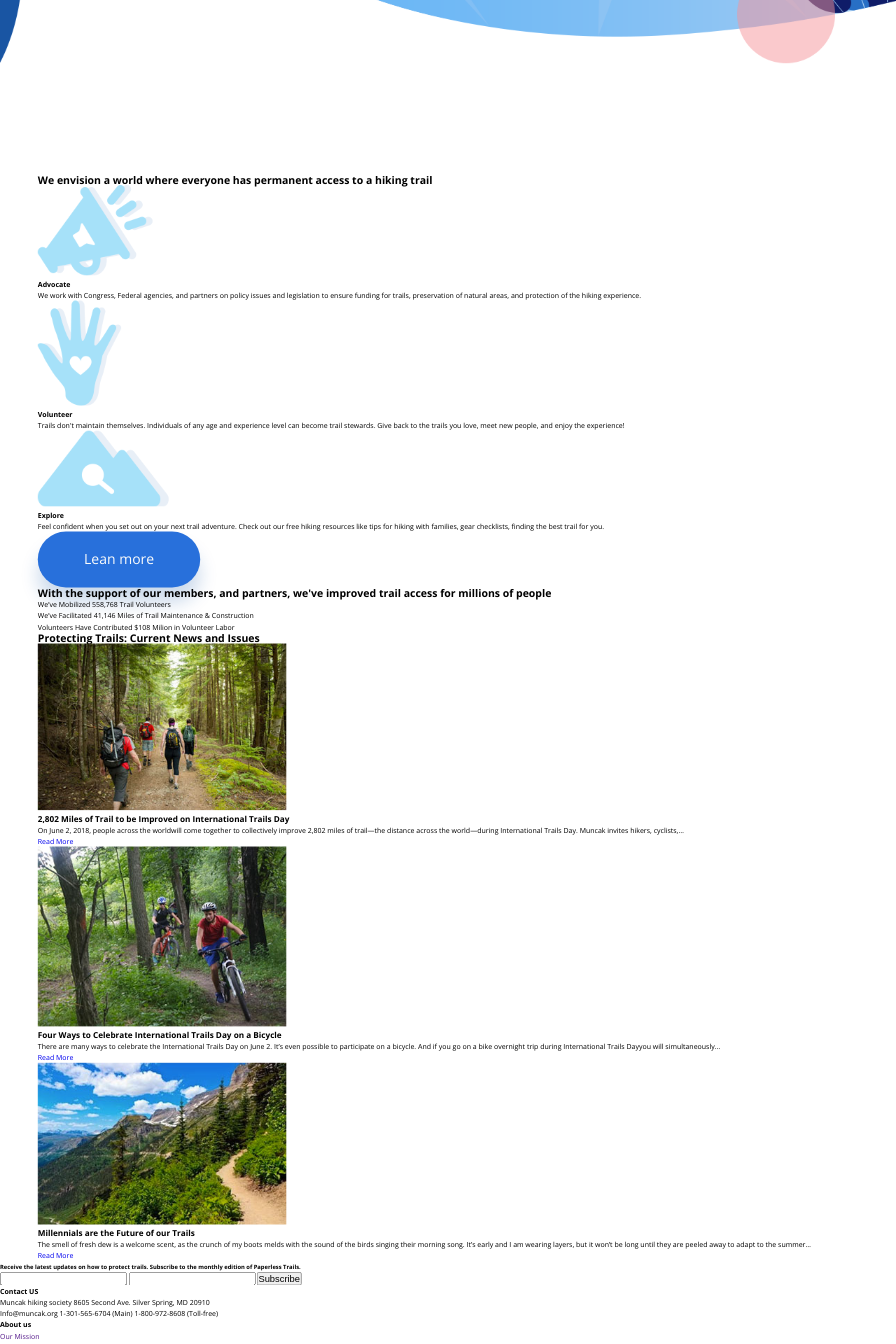
Repository: huubinh98/Project
Page: muncak/index.html
The author's editor kept a copy of each file at every save. The page is drawn from the files as they stood at one save, then again after the next save.
The browser window is 1280 px wide. The pictures show the part of the page from y = 936 to 2856 px (the page is 3211 px tall before and 3513 px after), at 70% of full size.

Above is the page before, as saved 2021-08-28 17:18:36.

### muncak/index.html
<!DOCTYPE html>
<html lang="en">

<head>
    <meta charset="UTF-8">
    <meta http-equiv="X-UA-Compatible" content="IE=edge">
    <meta name="viewport" content="width=device-width, initial-scale=1.0">
    <link rel="stylesheet" href="./style.css">
    <link rel="preconnect" href="https://fonts.googleapis.com">
    <link rel="preconnect" href="https://fonts.gstatic.com" crossorigin>
    <link href="https://fonts.googleapis.com/css2?family=Open+Sans:wght@300;400;600;700&display=swap" rel="stylesheet">
    <title>Muncak</title>
</head>

<body>
    <header class="header">
        <div class="container header-nav">
            <h1 class="logo"><a href="" class="logo-link"><img src="./image/Muncak.png" alt="" class="logo-img"></a>
            </h1>
            <ul class="nav-list">
                <li class="nav-item">
                    <a href="" class="nav-item-link">Home</a>
                </li>
                <li class="nav-item">
                    <a href="" class="nav-item-link">Go Hiking</a>
                </li>
                <li class="nav-item">
                    <a href="" class="nav-item-link">About</a>
                </li>
                <li class="nav-item">
                    <a href="" class="nav-item-link nav-highlight">Login</a>
                </li>
            </ul>
        </div>
        <div class="container-small">
            <h1 class="heading-banner">Lets get the top of Moutain</h1>
            <p class="heading-desc">Here is the hiking information you need to decide
                if it is right for you, and to make it more interesting,
                enjoyable, and safe.</p>
            <a href="#" class="btn c"> Get Started</a>
        </div>
    </header>
    <section class="about">
        <div class="container-small">
            <h2 class="heading-name">We envision a world where everyone
                has permanent access to a hiking trail</h2>
            <div class="about-item">
                <img src="./image/loa.png" alt="loa" class="about-img">
                <div class="about-content">
                    <h4 class="about-content-heading">Advocate</h4>
                    <p class="about-content-desc">We work with Congress, Federal agencies, and partners on policy issues
                        and legislation to ensure funding for trails, preservation of natural areas, and protection of
                        the hiking experience.</p>
                </div>
            </div>
            <div class="about-item">
                <img src="./image/bantay.png" alt="loa" class="about-img">
                <div class="about-content">
                    <h4 class="about-content-heading">Volunteer </h4>
                    <p class="about-content-desc">Trails don't maintain themselves. Individuals of any age and
                        experience level can become trail stewards. Give back to the trails you love, meet new people,
                        and enjoy the experience!</p>
                </div>
            </div>
            <div class="about-item">
                <img src="./image/nui.png" alt="loa" class="about-img">
                <div class="about-content">
                    <h4 class="about-content-heading">Explore</h4>
                    <p class="about-content-desc">Feel confident when you set out on your next trail adventure. Check
                        out our free hiking resources like tips for hiking with families, gear checklists, finding the
                        best trail for you.</p>
                </div>
            </div>
            <a href="" class="btn">Lean more</a>
        </div>
        <div class="container-small">
            <h2 class="heading-name">With the support of our members, and partners, we've improved trail access for millions of people</h2>
            <div class="customer-content">
                <p class="customer-text">We’ve Mobilized <span>558,768</span> Trail Volunteers</p>
                <p class="customer-text">We’ve Facilitated <span>41,146</span>
                    Miles of Trail Maintenance & Construction</p>
                <p class="customer-text">Volunteers Have Contributed <span>$108 Milion</span> in Volunteer Labor</p>
            </div>
        </div>
    </section>

    <!-- -----------new--------------- -->
    <section class="new">
        <div class="container-small">
            <h2 class="heading-name">Protecting Trails: Current News and Issues</h2>
            <div class="new-content">
                <div class="new-item">
                    <a href="#" class="new-item-link">
                        <img src="./image/pic1.jpg" alt="pic1" class="new-item-img">
                    </a>
                    <div class="new-item-text">
                        <h3 class="new-item-name">2,802 Miles of Trail to be Improved on International Trails Day</h3>
                        <p class="new-item-desc">On June 2, 2018, people across the worldwill come together to
                            collectively improve 2,802 miles of trail—the distance across the world—during International
                            Trails Day. Muncak invites hikers, cyclists,…</p>
                        <a href="#" class="new-item-link">Read More</a>
                    </div>
                </div>
                <div class="new-item">
                    <a href="#" class="new-item-link">
                        <img src="./image/pic2.jpg" alt="pic1" class="new-item-img">
                    </a>
                    <div class="new-item-text">
                        <h3 class="new-item-name">Four Ways to Celebrate International Trails Day on a Bicycle</h3>
                        <p class="new-item-desc">There are many ways to celebrate the International Trails Day on June 2. It’s even possible to participate on a bicycle. And if you go on a bike overnight trip during International Trails Dayyou will simultaneously…</p>
                        <a href="#" class="new-item-link">Read More</a>
                    </div>
                </div>
                <div class="new-item">
                    <a href="#" class="new-item-link">
                        <img src="./image/pic3.jpg" alt="pic1" class="new-item-img">
                    </a>
                    <div class="new-item-text">
                        <h3 class="new-item-name">Millennials are the Future of our Trails</h3>
                        <p class="new-item-desc">The smell of fresh dew is a welcome scent, as the crunch of my boots melds with the sound of the birds singing their morning song. It’s early and I am wearing layers, but it won’t be long until they are peeled away to adapt to the summer…</p>
                        <a href="#" class="new-item-link">Read More</a>
                    </div>
                </div>
            </div>
        </div>
    </section>

    <div class="contact-footer">
        <div class="container">
            <h5 class="contact-heading">Receive the latest updates on how to protect trails.
                Subscribe to the monthly edition of Paperless Trails.</h5>
            <form action="">
                <input type="text" name="Name" id="" class="form-input">
                <input type="text" name="Email" id="" class="form-input">
                <button type="submit">Subscribe</button>
            </form>
        </div>
        <footer class="footer container">
            <div class="footer-info">
                <div class="footer-item">
                    <h4>Contact US</h4>
                    <p>Muncak hiking society
                        8605 Second Ave.
                        Silver Spring, MD 20910</p>
                    <p>
                        <span>Info@muncak.org</span>
                        <span>1-301-565-6704 (Main)</span>
                        <span>1-800-972-8608 (Toll-free)</span>
                    </p>
                </div>
                <div class="footer-item">
                    <h4>About us</h4>
                    <ul>
                        <li>
                            <a href="">Our Mission</a>
                        </li>
                        <li>
                            <a href="">Our Team</a>
                        </li>
                        <li>
                            <a href="">Corporate Sponsors</a>
                        </li>
                        <li>
                            <a href="">Financials</a>
                        </li>
                        <li>
                            <a href="">Media Center</a>
                        </li>
                    </ul>
                </div>
                <div class="footer-item">
                    <h4>Our Programs</h4>
                    <ul>
                        <li>
                            <a href="">Hike The Hill</a>
                        </li>
                        <li>
                            <a href="">Volunteer Vacations</a>
                        </li>
                        <li>
                            <a href="">Alternative Break</a>
                        </li>
                    </ul>
                </div>
                <div class="footer-item">
                    <h4>support trails</h4>
                    <ul>
                        <li>
                            <a href="">Donate</a>
                        </li>
                        <li>
                            <a href="">Individual Membership</a>
                        </li>
                        <li>
                            <a href="">Gift membership</a>
                        </li>
                        <li>
                            <a href="">Hiker Store</a>
                        </li>
                    </ul>
                </div>
                <div class="footer-item">
                    <h4>hiking resources</h4>
                    <ul>
                        <li>
                            <a href="">Hikes Near You</a>
                        </li>
                        <li>
                            <a href="">Hiking 101</a>
                        </li>
                        <li>
                            <a href="">Muncak Blog</a>
                        </li>
                        <li>
                            <a href="">Hiking Organizations</a>
                        </li>
                    </ul>
                </div>
            </div>
            <ul class="socical">
                <li class="socical-item">
                    <a href="" class="socical-item-link">
                        <img src="./image/instar.png" alt="" class="socical-item-img">
                    </a>
                </li>
                <li class="socical-item">
                    <a href="" class="socical-item-link">
                        <img src="./image/facebook.png" alt="" class="socical-item-img">
                    </a>
                </li>
                <li class="socical-item">
                    <a href="" class="socical-item-link">
                        <img src="./image/tiwer.png" alt="" class="socical-item-img">
                    </a>
                </li>
            </ul>
        </footer>
    </div>
</body>

</html>

### muncak/style.css
* {
    margin: 0;
    padding: 0;
    box-sizing: border-box;
}

html {
    font-size: 62.5%;
    line-height: 1.6rem;
    font-family: 'Open Sans', sans-serif;
    scroll-behavior: smooth;
}

ul, li {
    list-style: none;
}

a {
    text-decoration: none;
}

.container {
    max-width: 1404px;
    width: 100%;
    margin: 0 auto;
}

.container-small {
    max-width: 1172px;
    width: 100%;
    margin: 0 auto;
}

.btn {
    font-size: 2rem;
    line-height: 8rem;
    color: #fbfcfc;
    background-color: #2870db;
    border-radius: 40px;
    display: inline-block;
    padding: 0 66px;
    box-shadow: 0 22px 24px rgba(17, 83, 165, 0.21);
}

.btn:hover {
    background-color: #1153a5;
}

.header {
    margin: 0 auto;
    max-width: 1900px;
    height: 1026px;
    background-color: white;
    background-image: url(./image/backgroudleft1.png), url(./image/Muncak-Landing-Page.png);
    background-position: left bottom, right top;
    background-repeat: no-repeat, no-repeat;
}

.header-nav {
    display: flex;
    justify-content: space-between;
    padding-top: 85px;
}

.logo{

}
.logo-link{

}
.logo-img{

}
.nav-list{

}
.nav-item{
    display: inline-block;
}
.nav-item-link{
    font-size: 1.8rem;
    font-weight: 400;
    line-height: 3.6rem;
    color: #fff;
    padding: 0 36px;
    display: inline-block;
}

.nav-highlight {
    background-color: #fff;
    color: #14215e;
    border-radius: 14px;
}

.heading-banner {
    font-size: 5rem;
    line-height: 6rem;
    color: #1c2056;
    margin-top: 144px;
    max-width: 400px;
}

.heading-desc {
    font-size: 1.8rem;
    line-height: 4rem;
    color: rgba(45, 32, 88, 0.65);
    max-width: 400px;
    margin-top: 43px;
    margin-bottom: 103px;
}

.btn-heading {
    margin-bottom: 310px;
}

.about {
    padding-top: 158px;
}

After the next save:
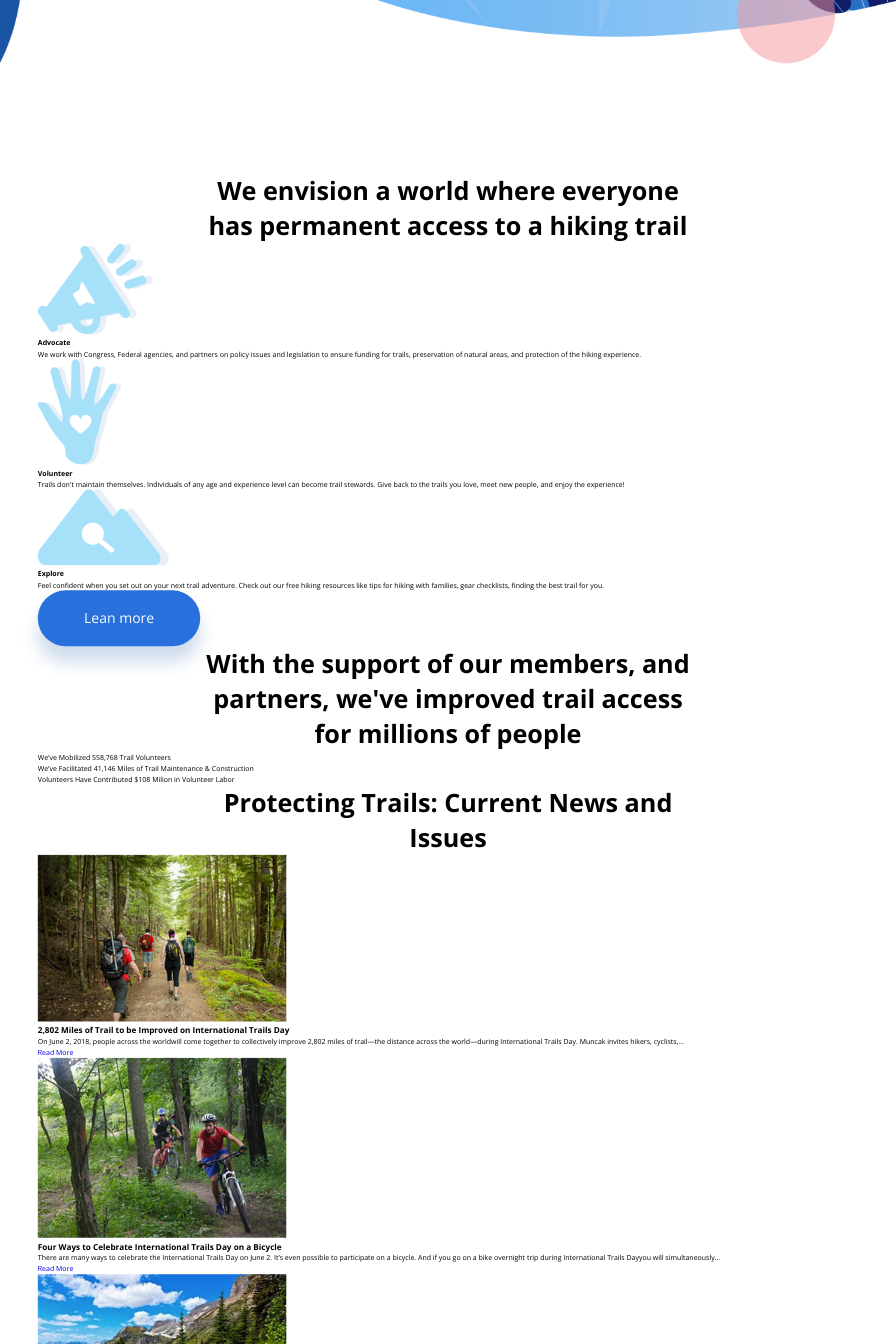
Saved 70 s later.
--- a/muncak/style.css
+++ b/muncak/style.css
@@ -113,6 +113,17 @@ a {
     margin-bottom: 310px;
 }
 
+
+/* -----------about---------------- */
 .about {
     padding-top: 158px;
 }
+
+.heading-name {
+    font-size: 3.6rem;
+    line-height: 5rem;
+    max-width: 700px;
+    text-align: center;
+    margin: 0 auto;
+
+}
